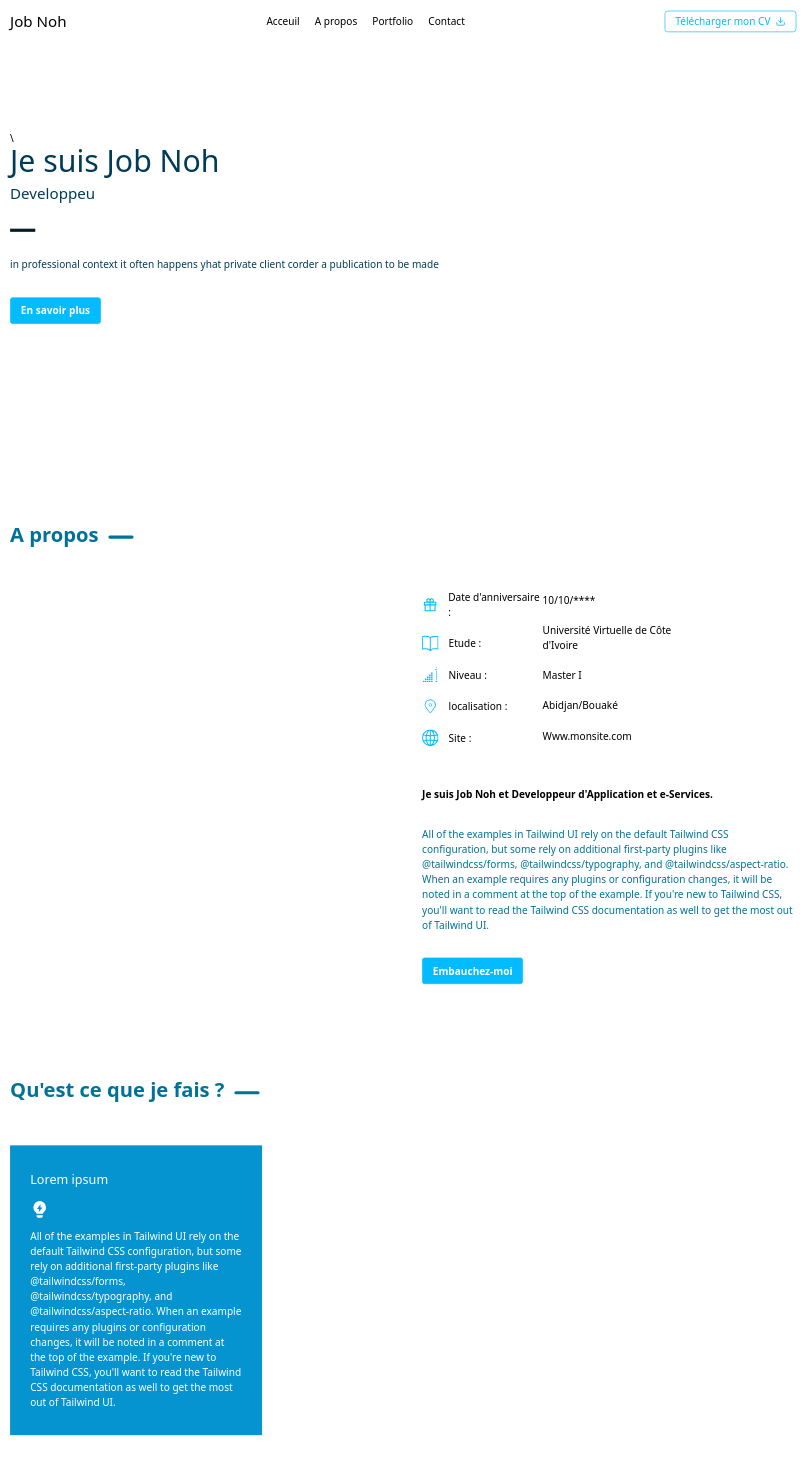
Repository: anoy1010/Nextportfolio
Page: /
The author's editor kept a copy of each file at every save. The page is drawn from the files as they stood at one save, then again after the next save.
The browser window is 1280 px wide. The pictures show the whole page, at 63% of full size.
Backgrounds fixed to the window are drawn as part of the page. The project was rebuilt for these pictures with package versions that can differ from the ones it lists, and the page was loaded fresh each time. The framework's server and built-in components were replaced by stand-ins that run in the browser. Also part of the build but not shown: next.config.js, styles/Home.module.css.

Above is the page before, as saved 2023-03-06 18:26:46.

After the next save:
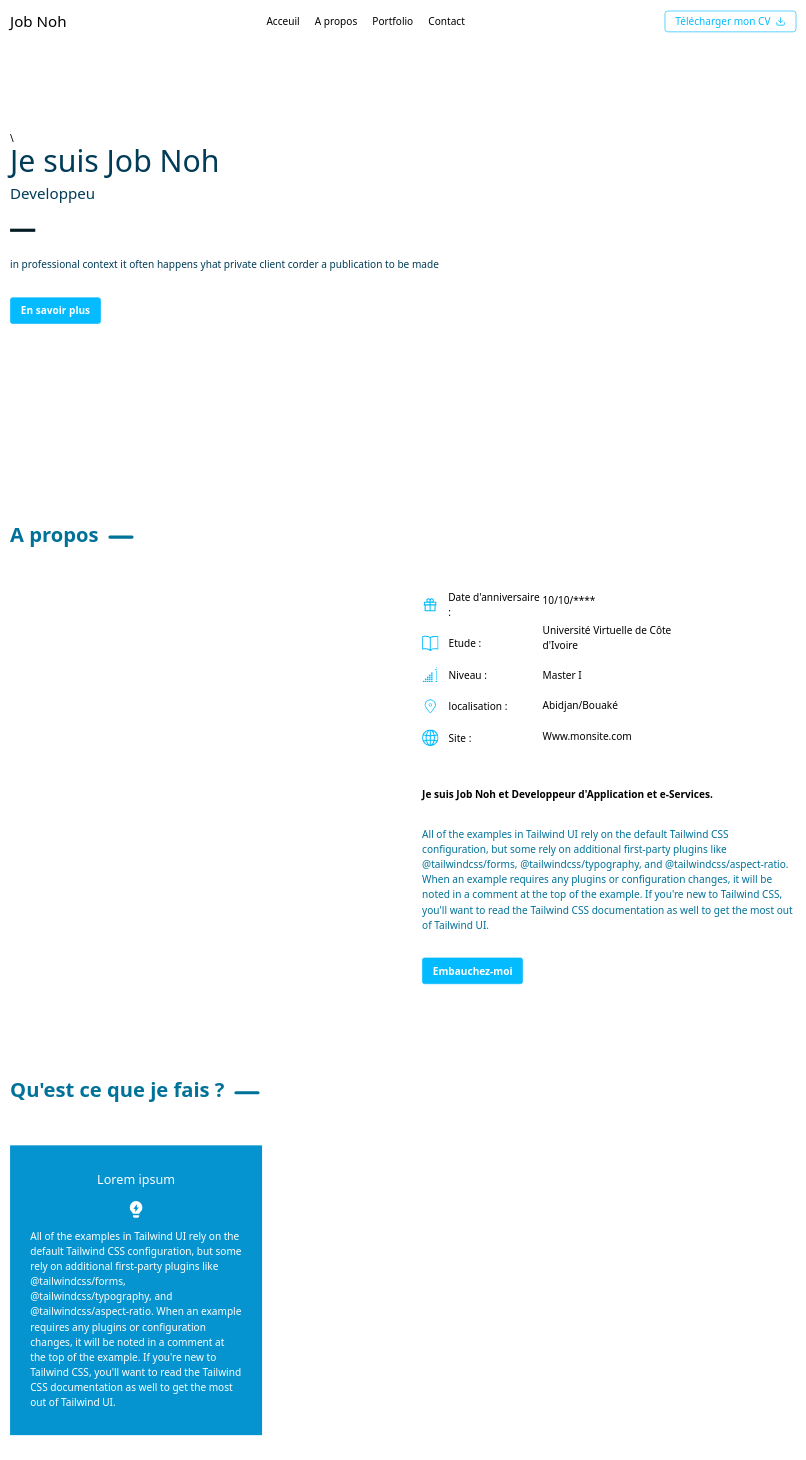
Saved 66 s later.
--- a/components/WhatIDo.js
+++ b/components/WhatIDo.js
@@ -7,9 +7,9 @@ const WhatIDo = () => {
     <section className='container mx-auto py-10 px-4'>
         <Heading title="Qu'est ce que je fais ?"/>
         <div className='grid grid-cols-1  md:grid-cols-3 gap-6'>
-            <div className='Shadow-lgf flex flex-col gap-4 px-8 py-10 bg-[#0594d0] text-white'>
+            <div className='Shadow-lgf flex flex-col gap-4 px-8 py-10 bg-[#0594d0] text-white items-center'>
                 <h2 className='font-medium text-[20px]'>Lorem ipsum</h2>
-                <RiLightbulbFlashFill className=' text-[30px] flex items-center ' />
+                <RiLightbulbFlashFill className=' text-[30px]   ' />
                 <p>
                     All of the examples in Tailwind UI rely on the default Tailwind CSS configuration, but some rely on additional first-party plugins like @tailwindcss/forms, @tailwindcss/typography, and @tailwindcss/aspect-ratio.
 
